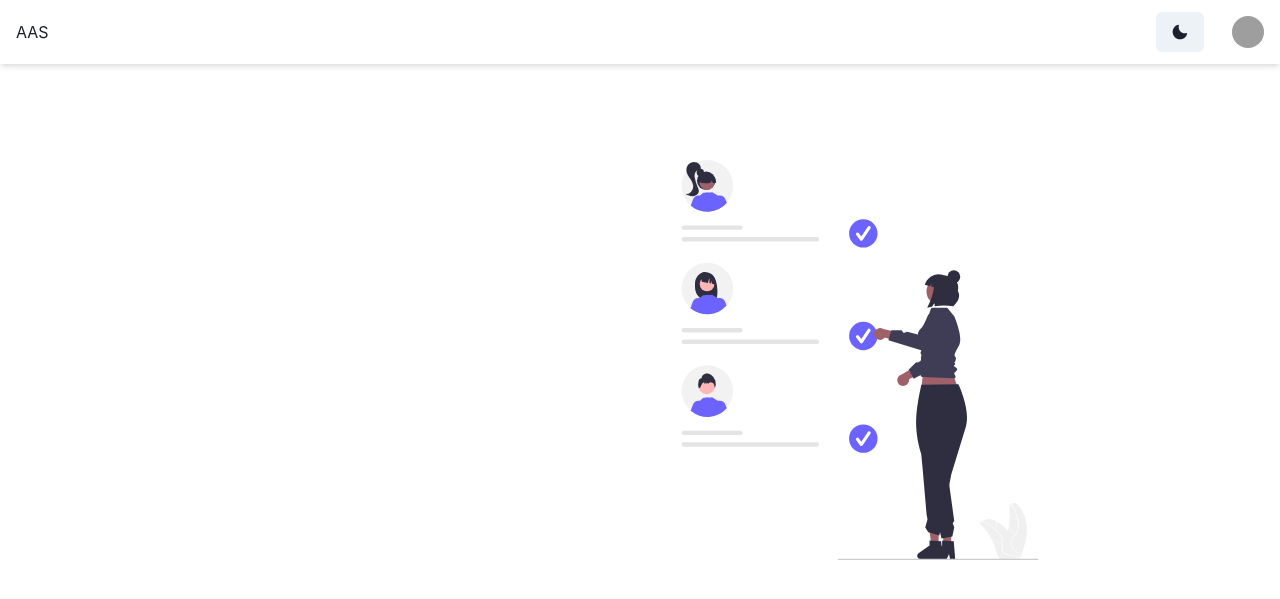
Repository: shash0708/attendence
Page: /
The author's editor kept a copy of each file at every save. The page is drawn from the files as they stood at one save, then again after the next save.
The browser window is 1280 px wide. The pictures show the whole page.
Pictures or frames that could not be fetched are drawn as grey boxes. The project was rebuilt for these pictures with package versions that can differ from the ones it lists, and the page was loaded fresh each time. Also part of the build but not shown: src/App.css, src/components/Login/Login.component.jsx, src/components/Signup/Signup.component.jsx, src/routes/Authentication/Authentication.component.jsx.

Above is the page before, as saved 2024-04-06 19:15:06.

### src/index.js
import React from 'react';
import ReactDOM from 'react-dom/client';
import './index.css';
import App from './App';
import reportWebVitals from './reportWebVitals';
import { BrowserRouter } from 'react-router-dom';
import { ChakraProvider } from '@chakra-ui/react'

const root = ReactDOM.createRoot(document.getElementById('root'));
root.render(
  <React.StrictMode>
  <BrowserRouter>
<ChakraProvider>
    <App />
    </ChakraProvider>
    </BrowserRouter>

  </React.StrictMode>
);

// If you want to start measuring performance in your app, pass a function
// to log results (for example: reportWebVitals(console.log))
// or send to an analytics endpoint. Learn more: https://bit.ly/CRA-vitals
reportWebVitals();

### src/App.js
import './App.css';
import Home from './routes/Home/Home.component.jsx'
import { Routes,Route} from 'react-router-dom';
import Authentication from './routes/Authentication/Authentication.component';

function App() {
  return (
    <Routes>
    <Route index element={<Home/>}/>

    <Route path='auth' element={<Authentication/>}/>

    </Routes>
  );
}

export default App;

### src/routes/Home/Home.component.jsx
import React from 'react'
import { Outlet } from 'react-router-dom';
import Nav from '../../components/Navbar/Navbar.component';
import HomeProp from '../../components/homeProp/HomeProp.component';
const Home  = () => {
  return (
    <div>
       <Nav/>
       <HomeProp />
       <Outlet/>
    </div>
  )
}

export  default Home;

### client/src/components/Navbar/Navbar.component.jsx
'use client'

import {
  Box,
  Flex,
  Avatar,
  Text,
  Button,
  Menu,
  MenuButton,
  MenuList,
  MenuItem,
  MenuDivider,
  useDisclosure,
  useColorModeValue,
  Stack,
  useColorMode,
  Center,
} from '@chakra-ui/react'
import { MoonIcon, SunIcon } from '@chakra-ui/icons'
import { Link, Outlet } from 'react-router-dom';

const NavLink = (props) => {
  const { children } = props

  return (
    <Box
      as="a"
      px={2}
      py={1}
      rounded={'md'}
      _hover={{
        textDecoration: 'none',
        bg: useColorModeValue('gray.200', 'gray.700'),
      }}
      href={'#'}>
      {children}
    </Box>
  )
}

export default function Nav() {
  const { colorMode, toggleColorMode } = useColorMode();
  const { isOpen, onOpen, onClose } = useDisclosure();
  return (
    <div>
      <Box

        px={4}
        shadow="md"
        style={{ backdropFilter: 'blur(10px)' }} // Adds blur effect to the background
      >
        <Flex h={16} alignItems={'center'} justifyContent={'space-between'}>
          <Box>
          <Link to="/">AAS</Link>

          </Box>

          <Flex alignItems={'center'}>
            <Stack direction={'row'} spacing={7}>
              <Button onClick={toggleColorMode}>
                {colorMode === 'light' ? <MoonIcon /> : <SunIcon />}
              </Button>

              <Menu>
                <MenuButton
                  as={Button}
                  rounded={'full'}
                  variant={'link'}
                  cursor={'pointer'}
                  minW={0}>
                  <Avatar
                    size={'sm'}
                    src={'https://avatars.dicebear.com/api/male/username.svg'}
                  />
                </MenuButton>
                <MenuList alignItems={'center'} shadow="lg">
                  <br />
                  <Center>
                    <Avatar
                      size={'2xl'}
                      src={'https://avatars.dicebear.com/api/male/username.svg'}
                    />
                  </Center>
                  <br />
                  <Center>
                    <p>Username</p>
                  </Center>
                  <br />
                  <MenuDivider />
                  <MenuItem>Your Servers</MenuItem>
                  <MenuItem>Account Settings</MenuItem>
                  <MenuItem>Logout</MenuItem>
                </MenuList>
              </Menu>
            </Stack>
          </Flex>
        </Flex>
      </Box>
      <Outlet />
    </div>
  );
}

### src/components/homeProp/HomeProp.component.jsx
import React from 'react'
import { ReactComponent as HomeLogo } from '../../assests/home.svg'
import './HomeProp.styles.scss';
const HomeProp= () => {
  return (
    <div>
      <HomeLogo className='home-prop'/>
    </div>
  )
}

export default HomeProp;

### src/components/homeProp/HomeProp.styles.scss
// Use variables to style your logo
.home-prop{
  width: 1000px;
  height: 400px;  // Add other styling properties as needed
  position: fixed;
  top: 50%; // Adjust as needed
  right: -80px; // Adjust as needed
  transform: translateY(-50%);
}

Loaded but not shown: public/index.html (common file); src/index.css (common file); src/reportWebVitals.js (common file)

After the next save:
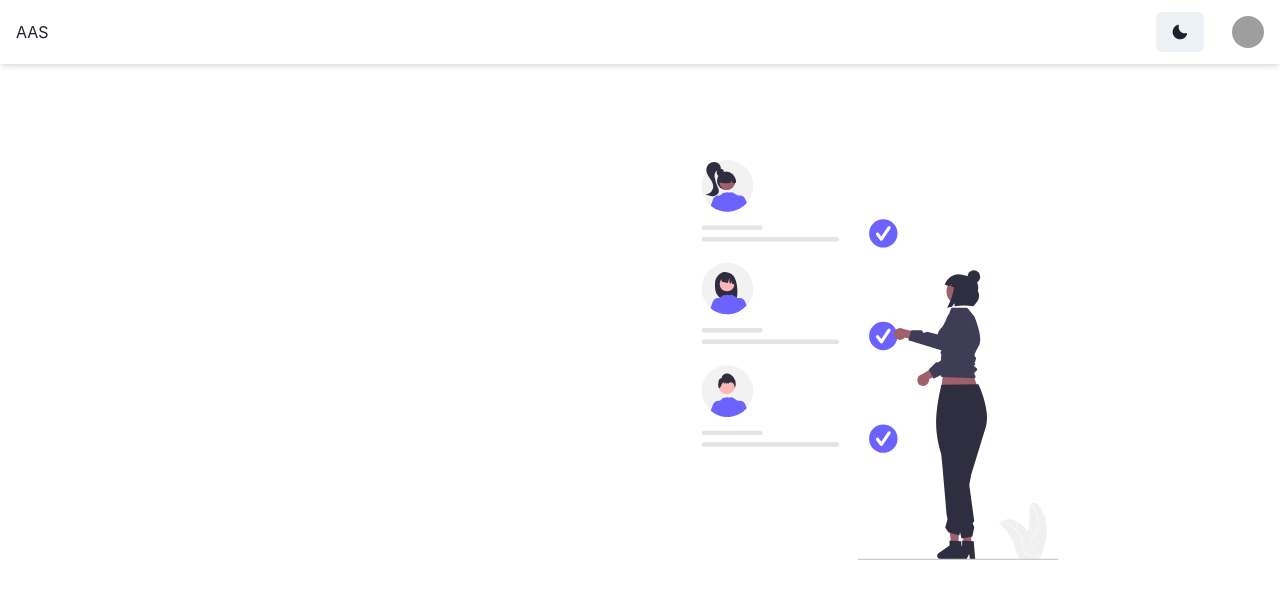
Saved 7 s later.
--- a/src/components/homeProp/HomeProp.styles.scss
+++ b/src/components/homeProp/HomeProp.styles.scss
@@ -4,6 +4,6 @@
   height: 400px;  // Add other styling properties as needed
   position: fixed;
   top: 50%; // Adjust as needed
-  right: -80px; // Adjust as needed
+  right: -100px; // Adjust as needed
   transform: translateY(-50%);
 }
